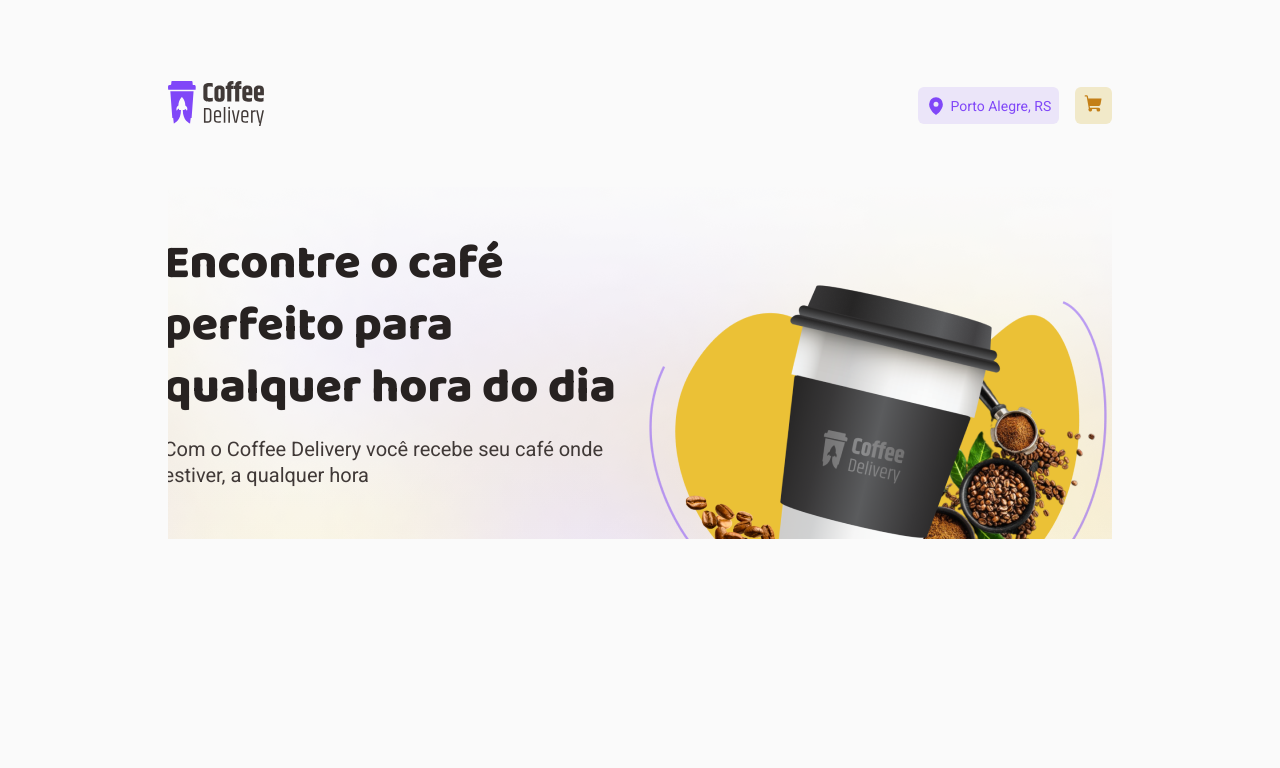
Repository: guilhermecardoso93/react-coffee-delivery
Page: /
The author's editor kept a copy of each file at every save. The page is drawn from the files as they stood at one save, then again after the next save.
The browser window is 1280 px wide. The pictures show the whole page.
The project was rebuilt for these pictures with package versions that can differ from the ones it lists, and the page was loaded fresh each time. Also part of the build but not shown: vite.config.ts, src/pages/CompleteOrder/styles.ts, src/pages/CompleteOrder/index.tsx.

Above is the page before, as saved 2022-07-17 23:05:14.

### index.html
<!DOCTYPE html>
<html lang="en">
  <head>
    <meta charset="UTF-8" />
    <link rel="icon" type="image/svg+xml" href="/src/assets/favicon.ico" />
    <link rel="preconnect" href="https://fonts.googleapis.com" />
    <link rel="preconnect" href="https://fonts.gstatic.com" crossorigin />
    <meta name="viewport" content="width=device-width, initial-scale=1.0" />
    <link
      href="https://fonts.googleapis.com/css2?family=Baloo+2:wght@700;800&family=Roboto:wght@400;500;700&display=swap"
      rel="stylesheet"
    />
    <title>Coffee Delivery - Rocketseat</title>
  </head>
  <body>
    <div id="root"></div>
    <script type="module" src="/src/main.tsx"></script>
  </body>
</html>

### src/App.tsx
import { ThemeProvider } from "styled-components";
import { defaultTheme } from "./styles/themes/default";
import { GlobalStyle } from "./styles/global";
import { Router } from "./Router";
import { BrowserRouter } from "react-router-dom";

export function App() {
  return (
    <ThemeProvider theme={defaultTheme}>
      <BrowserRouter>
        <Router />
        <GlobalStyle />
      </BrowserRouter>
    </ThemeProvider>
  );
}

### src/styles/themes/default.ts
export const defaultTheme = {
  colors: {
    "white": "#FFFFFF",
    "base-background": "#FAFAFA",
    "base-card": "#F3F2F2",
    "base-input": "#EDEDED",
    "base-button": "#E6E5E5",
    "base-hover": "#D7D5D5",
    "base-label": "#8D8686",
    "base-text": "#574F4D",
    "base-subtitle": "#403937",
    "base-title": "#272221",
    "base-error": "#f84747",
    "brand-purple-dark": "#4B2995",
    "brand-purple": "#8047F8",
    "brand-purple-light": "#EBE5F9",
    "brand-yellow-dark": "#C47F17",
    "brand-yellow": "#DBAC2C",
    "brand-yellow-light": "#F1E9C9"
  },
  textSizes: {
    "title-title-xl": "3rem",
    "title-title-l": "2rem",
    "title-title-m": "1.5rem",
    "title-title-s": "1.2rem",
    "title-title-xs": "1.125rem",
    "text-regular-l": "1.25rem",
    "text-bold-l": "1.25rem",
    "text-regular-m": "1rem",
    "text-bold-m": "1rem",
    "text-regular-s": "0.875rem",
    "text-bold-s": "0.75rem",
    "components-tag": "0.625rem",
    "components-button-g": "0.875rem",
    "components-button-s": "0.75rem",
  },
  fonts: {
    regular: "'Roboto'",
    title: "'Baloo 2'",
  },
};

### src/styles/global.ts
import { createGlobalStyle } from "styled-components";

export const GlobalStyle = createGlobalStyle`
  * {
    margin: 0;
    padding: 0;
    box-sizing: border-box;
    outline: none;
  }
  body {
    background: ${({ theme }) => theme.colors["base-background"]};
    color: ${({ theme }) => theme.colors["base-text"]};
    -webkit-font-smoothing: antialiased;
  }
  body, input, textarea, button {
    font-family: 'Roboto', sans-serif;
    font-weight: 400;
    font-size: 1rem;
  }
  button {
    cursor: pointer;
  }
  a {
    text-decoration: none;
  }
  input::-webkit-outer-spin-button,
  input::-webkit-inner-spin-button {
    -webkit-appearance: none;
    margin: 0;
  }
  input[type="number"] {
    -moz-appearance: textfield;
  }
  ::-webkit-scrollbar {
    width: 0.4rem;
  }
  ::-webkit-scrollbar-track {
    background: ${({ theme }) => theme.colors["base-button"]}
  }
  ::-webkit-scrollbar-thumb {
    border-radius: 2rem;
    background: ${({ theme }) => theme.colors["brand-purple"]}
  }
`;

### src/Router.tsx
import { Route, Routes } from "react-router-dom";
import { DefaultLayout } from "./layouts/DefaultLayout";
import { CompleteOrder } from "./pages/CompleteOrder";
import { Home } from "./pages/Home";

export function Router() {
  return (
    <Routes>
      <Route path="/" element={<DefaultLayout />}>
        <Route path="/" element={<Home />} />
        <Route path="/completeorder" element={<CompleteOrder />} />
      </Route>
    </Routes>
  );
}

### src/pages/Home/index.tsx
import { useTheme } from "styled-components";
import { Intro } from "./Intro";
import { HomeContainer } from "./styles";

interface BenefitItemProps {
  iconBg?: string;
}

export function Home({ iconBg }: BenefitItemProps) {

  return (
    <HomeContainer>
      <Intro />
    </HomeContainer>
  );
}

### src/components/Header/index.tsx
import { MapPin, ShoppingCart } from "phosphor-react";
import { NavLink } from "react-router-dom";
import Logo from "../../assets/logo.svg";
import { HeaderButton, HeaderButtonBase, HeaderContainer } from "./styles";

export function Header() {
  return (
    <HeaderContainer>
      <div>
        <NavLink to="/">
          <img
            src={Logo}
            alt="Coffee Delivery Logo - copo de café escrito delivery"
          />
        </NavLink>
      </div>
      <div>
        <HeaderButton>
          <HeaderButtonBase variant="purple">
            <MapPin size={20} weight="fill" />
            Porto Alegre, RS
          </HeaderButtonBase>
          <HeaderButtonBase variant="yellow">
            <NavLink to="/completeorder">
              <ShoppingCart size={20} weight="fill" />
            </NavLink>
          </HeaderButtonBase>
        </HeaderButton>
      </div>
    </HeaderContainer>
  );
}

### src/layouts/DefaultLayout/styles.ts
import styled from "styled-components";

export const LayoutContainer = styled.div`
  max-width: 80vw;
  height: calc(100vh - 1rem);
  margin: 2rem auto;
  padding: 2.5rem;
  gap: 3rem;

  display: flex;
  flex-direction: column;



  .container {
    width: 100%;
    max-width: 70rem;
    margin-right:auto;
    margin-left: auto;
  }
`;

### src/pages/Home/Intro/index.tsx
import { Coffee, MapPin, Package, ShoppingCart, Timer } from "phosphor-react";
import { RegularText } from "../../../components/Texts";
import { useTheme } from "styled-components";
import CoffeHome from "../../../assets/intro-img.png";
import {
  BenefitsContainer,
  IconList,
  IntroContainer,
  IntroContent,
  IntroTitle
} from "./styles";

/*interface BenefitItemProps {
  iconBg?: string;
}*/

export function Intro(/*{ iconBg }: BenefitItemProps*/) {
  const { colors } = useTheme();

  return (
    <IntroContainer>
      <IntroContent className="container">
        <div>
          <section>
            <IntroTitle size="xl">
              Encontre o café perfeito para qualquer hora do dia
            </IntroTitle>
            <RegularText as="h3" size="l" color="subtitle">
              Com o Coffee Delivery você recebe seu café onde estiver, a
              qualquer hora
            </RegularText>
          </section>
        </div>
        <BenefitsContainer>
          <IconList iconBg={colors["brand-yellow-dark"]} className='area01'>
            <div>
              <ShoppingCart size={14} />
            </div>
            <p>Compra simples e segura</p>
          </IconList>
          <IconList iconBg={colors["base-subtitle"]} className='area02'>
            <div>
              <Package size={16} weight="fill" />
            </div>
            <p>Embalagem mantém o café intacto</p>
          </IconList>
          <IconList iconBg={colors["brand-yellow"]}className='area03'>
            <div>
              <Timer size={16} weight="fill" />
            </div>
            <p>Entrega rápida e rastreada</p>
          </IconList>
          <IconList iconBg={colors["brand-purple"]}className='area04'>
            <div>
              <Coffee size={16} weight="fill" />
            </div>
            <p>O café chega fresquinho até você</p>
          </IconList>
        </BenefitsContainer>
      </IntroContent>
      <img src={CoffeHome} />
    </IntroContainer>
  );
}

### src/pages/Home/styles.ts
import styled from "styled-components";

export const HomeContainer = styled.main`
  margin-bottom: 9.8rem;
  overflow: hidden;

`;

### src/components/Header/styles.ts
import styled, { css } from "styled-components";

export const HeaderContainer = styled.header`
  width: 100%;
  display: flex;
  align-items: center;
  justify-content: space-between;
  height: 6.5rem;
  background: ${({ theme }) => theme.colors["base-background"]};
  position: sticky;
  top: 0;
  left: 0;
  z-index: 5;

  img {
    width:6rem;
  }
`;

export const HeaderButton = styled.div`
  display: flex;
  align-items: center;
  justify-content: center;
  gap: 1rem;
`;

interface HeaderButtonProps {
  variant: "purple" | "yellow";
}

export const HeaderButtonBase = styled.div<HeaderButtonProps>`
  display: flex;
  justify-content: center;
  align-items: center;
  padding: 8px;
  gap: 4px;
  border-radius: 6px;
  border: none;
  min-width: 2.3rem;
  height: 2.3rem;
  position: relative;
  font-size: 0.875rem;

  ${({ variant, theme }) =>
    variant === "purple" &&
    css`
      background-color: ${theme.colors[`brand-${variant}-light`]};
      color: ${theme.colors[`brand-${variant}`]};
    `}

  ${({ variant, theme }) =>
    variant === "yellow" &&
    css`
      background-color: ${theme.colors[`brand-${variant}-light`]};
      svg {
        color: ${theme.colors[`brand-${variant}-dark`]};
      }
    `}
`;

### src/components/Texts.ts
import styled from "styled-components";

interface TitleTextProps {
  size?: "xl" | "l" | "m" | "s" | "xs";
  color?: "title" | "subtitle" | "text";
  weight?: string | number;
}

interface RegularTextProps {
  size?: "l" | "m" | "s";
  color?: "text" | "subtitle" | "label";
  weight?: string | number;
}

export const TitleText = styled.h1<TitleTextProps>`
  color: ${({ theme, color }) => theme.colors[`base-${color ?? "title"}`]};
  font-size: ${({ theme, size }) =>
    theme.textSizes[`title-title-${size ?? "m"}`]};
  font-family: ${({ theme }) => theme.fonts.title};
  line-height: 130%;
  font-weight: ${({ weight }) => weight ?? 800};
`;

export const RegularText = styled.p<RegularTextProps>`
  color: ${({ theme, color }) => theme.colors[`base-${color ?? "text"}`]};
  font-size: ${({ theme, size }) =>
    theme.textSizes[`text-regular-${size ?? "m"}`]};
  line-height: 130%;
  font-weight: ${({ weight }) => weight ?? 400};
`;

### src/pages/Home/Intro/styles.ts
import styled from "styled-components";
import background from "../../../assets/intro-background.png";
import { rgba } from "polished";
import { TitleText } from "../../../components/Texts";

interface IconsContainerProps {
  iconBg: string;
}

export const IntroContainer = styled.section`
  width: 100%;
  height: 34rem;
  background: ${({ theme }) => `url(${background}) no-repeat center,
      linear-gradient(
        0deg,
        ${theme.colors["white"]} 0%,
        ${rgba(theme.colors["base-background"], 0.2)} 50%,
        ${theme.colors["base-background"]} 100%
      )`};
  background-size: cover;
  display: flex;
  align-items: center;
  justify-content: center;
`;

export const IntroContent = styled.div`
  display: flex;
  display: 1;

  align-items: center;
  justify-content: space-between;
  gap: 3.5rem;
  flex-direction: column;

  div {
    display: flex;
    max-width: 60rem;
  }
`;
export const IntroTitle = styled(TitleText)`
  margin-bottom: 1rem;
`;

export const BenefitsContainer = styled.div`
  display: grid;
  grid-auto-columns: 1fr;
  grid-template-columns: 1fr 1fr;
  grid-template-rows: 1fr 1fr;
  gap: 0px 0px;
  grid-template-areas:
    "area01 area2"
    "area3 area4";

  .area01 {
    grid-area: area01;
  }
  .area2 {
    grid-area: area2;
  }
  .area3 {
    grid-area: area3;
  }
  .area4 {
    grid-area: area4;
  }

  row-gap: 1.25rem;
  margin-top: 4.125rem;
`;

export const IconList = styled.span<IconsContainerProps>`
  display: flex;
  align-items: center;
  gap: 1rem;
  div {
    display: flex;
    flex-direction: row;
    justify-content: center;
    align-items: center;
    padding: 8px;
    gap: 8px;
    background: ${({ iconBg }) => iconBg};
    width: 32px;
    height: 32px;
    color: ${(props) => props.theme.colors["white"]};
    border-radius: 50%;
    border: none;
    overflow-wrap: break-word;
    word-wrap: break-word;
    word-break: break-word;
  }
  p {
    color: ${(props) => props.theme.colors["base-text"]};
  }
`;

Loaded but not shown: src/main.tsx (common file); src/layouts/DefaultLayout/index.tsx (common file)

After the next save:
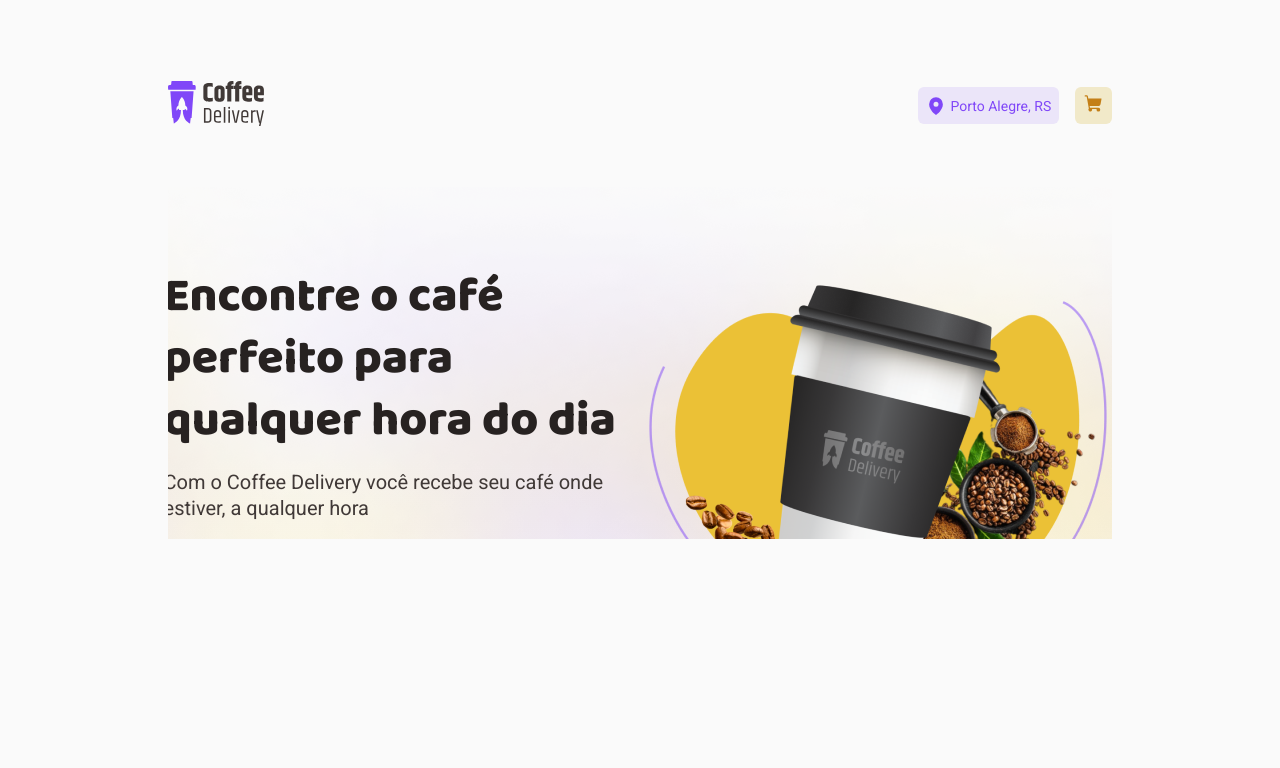
Saved 17 s later.
--- a/src/pages/Home/Intro/styles.ts
+++ b/src/pages/Home/Intro/styles.ts
@@ -64,8 +64,6 @@
     grid-area: area4;
   }
 
-  row-gap: 1.25rem;
-  margin-top: 4.125rem;
 `;
 
 export const IconList = styled.span<IconsContainerProps>`
